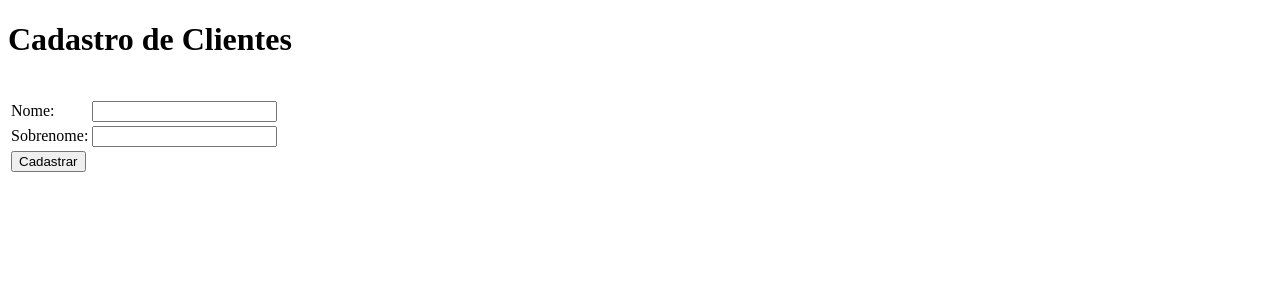
Repository: nandolupe/fiap-pos
Page: http://localhost/artigostruts13/cliente.do
These files come from the project's save history. The page is drawn as it stood at one moment and after the next save; the edit follows.
The browser window is 1280 px wide. The pictures show the whole page.
The page is served by Tomcat 9.

Above is the page before, as saved 2014-08-21 03:31:55.

After the next save:
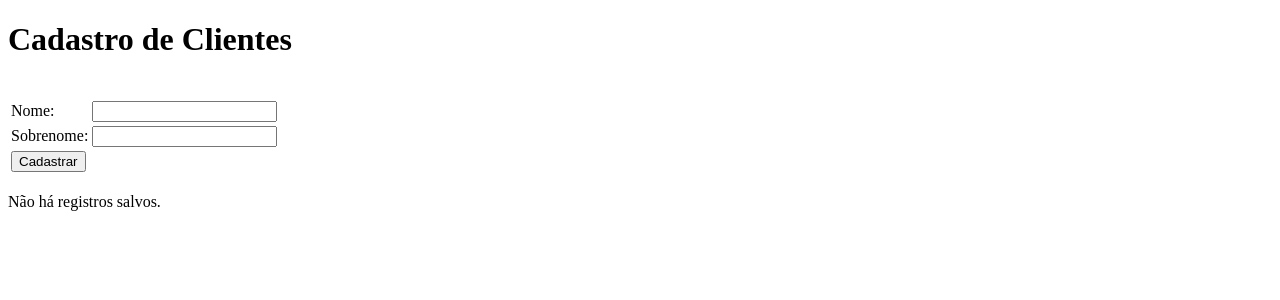
Saved 2 min 10 s later.
--- a/workspace-artigo-web/artigostruts13/WebContent/cadastroCliente.jsp
+++ b/workspace-artigo-web/artigostruts13/WebContent/cadastroCliente.jsp
@@ -31,6 +31,16 @@ function cadastrar() {
 			</tr>
 		</table>
 		<br />
+		<c:choose>
+			<c:when test="">
+			<c:forEach items="${}">
+
+			</c:forEach>
+			</c:when>
+			<c:otherwise>
+				Não há registros salvos.
+			</c:otherwise>
+		</c:choose>
 	</html:form>
 </body>
 </html>
